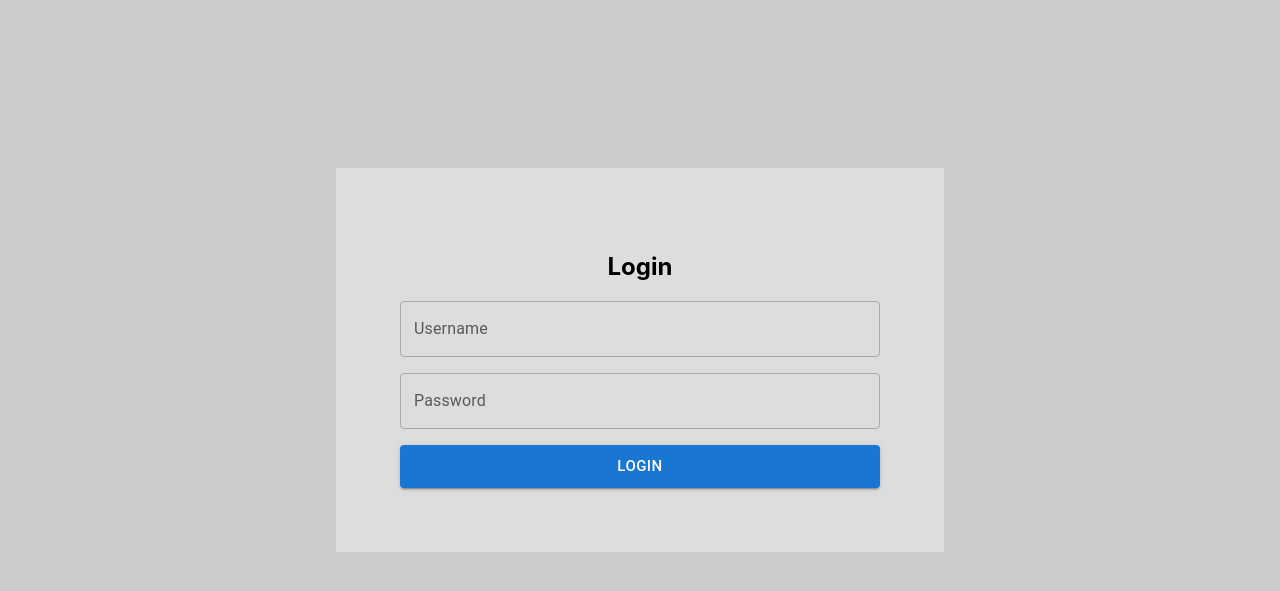
Repository: devhalo21028/learn-react
Page: /login (app in end-to-end-test/my-app/)
An editor plug-in stored every save of this project. The page is shown before and after the next save, followed by the edit.
The browser window is 1280 px wide. The pictures show the whole page.
The project was rebuilt for these pictures with package versions that can differ from the ones it lists, and the page was loaded fresh each time. Also part of the build but not shown: end-to-end-test/my-app/src/general/components/Welcome/Welcome.tsx, end-to-end-test/my-app/src/auth/hooks/useAuth.ts, end-to-end-test/my-app/src/auth/components/RequireAuth/RequireAuth.tsx.

Above is the page before, as saved 2022-01-17 15:32:08.

### end-to-end-test/my-app/src/index.tsx
import React from 'react';
import ReactDOM from 'react-dom';
import { BrowserRouter } from 'react-router-dom';
import App from './App';
import reportWebVitals from './reportWebVitals';

import './index.css';

ReactDOM.render(
  <React.StrictMode>
    <BrowserRouter>
      <App />
    </BrowserRouter>
  </React.StrictMode>,
  document.getElementById('root'),
);

// If you want to start measuring performance in your app, pass a function
// to log results (for example: reportWebVitals(console.log))
// or send to an analytics endpoint. Learn more: https://bit.ly/CRA-vitals
reportWebVitals();

### end-to-end-test/my-app/src/App.tsx
/** @jsxImportSource @emotion/react */

import { Routes, Route } from 'react-router-dom';
import { css } from '@emotion/react';
import Welcome from './general/components/Welcome';
import Login from './auth/components/Login';
import RequireAuth from './auth/components/RequireAuth';

function App() {
  return (
    <div css={css`
      display: flex;
      height: 100%;
    `}
    >
      <Routes>
        <Route
          path="/"
          element={(
            <RequireAuth>
              <Welcome />
            </RequireAuth>
          )}
        />
        <Route path="/login" element={<Login />} />
      </Routes>
    </div>
  );
}

export default App;

### end-to-end-test/my-app/src/index.css
html, body {
  min-height: 100%;
}

body {
  margin: 0;
  font-family: -apple-system, BlinkMacSystemFont, 'Segoe UI', 'Roboto', 'Oxygen',
    'Ubuntu', 'Cantarell', 'Fira Sans', 'Droid Sans', 'Helvetica Neue',
    sans-serif;
  -webkit-font-smoothing: antialiased;
  -moz-osx-font-smoothing: grayscale;
}

code {
  font-family: source-code-pro, Menlo, Monaco, Consolas, 'Courier New',
    monospace;
}

#root {
  position: absolute;
  top: 0;
  left: 0;
  width: 100%;
  height: 100%;
}

### end-to-end-test/my-app/src/auth/components/RequireAuth/index.ts
export { default } from './RequireAuth';

### end-to-end-test/my-app/src/auth/components/Login/Login.tsx
/** @jsxImportSource @emotion/react */

import { css } from '@emotion/react';
import LoginForm from './LoginForm';

function Login() {
  return (
    <section
      css={css`
        background: #ccc;
        display: flex;
        flex: 1;
        align-items: center;
        justify-content: center;
      `}
    >
      <div
        css={css`
          background: #ddd;
          padding: 4rem;
          min-width: 30rem;
        `}
      >
        <h1
          css={css`
            text-align: center;
          `}
        >
          Login
        </h1>
        <LoginForm />
      </div>
    </section>
  );
}

export default Login;

### end-to-end-test/my-app/src/auth/components/Login/LoginForm/LoginForm.tsx
/** @jsxImportSource @emotion/react */

import { useState } from 'react';
import { css } from '@emotion/react';
import { Button, TextField } from '@mui/material';

export default function LoginForm() {
  const [buttonDisabled, setButtonDisabled] = useState<boolean>(true);

  return (
    <form
      css={css`
            display: flex;
            flex-direction: column;
            row-gap: 1rem;
          `}
    >
      <TextField
        variant="outlined"
        label="Username"
      />
      <TextField
        type="password"
        variant="outlined"
        label="Password"
      />
      <Button
        variant="contained"
        size="large"
      >
        Login
      </Button>
    </form>
  );
}

Loaded but not shown: end-to-end-test/my-app/public/index.html (common file); end-to-end-test/my-app/src/reportWebVitals.ts (common file); end-to-end-test/my-app/src/general/components/Welcome/index.ts (common file); end-to-end-test/my-app/src/auth/components/Login/index.ts (common file); end-to-end-test/my-app/src/auth/components/Login/LoginForm/index.ts (common file)

After the next save:
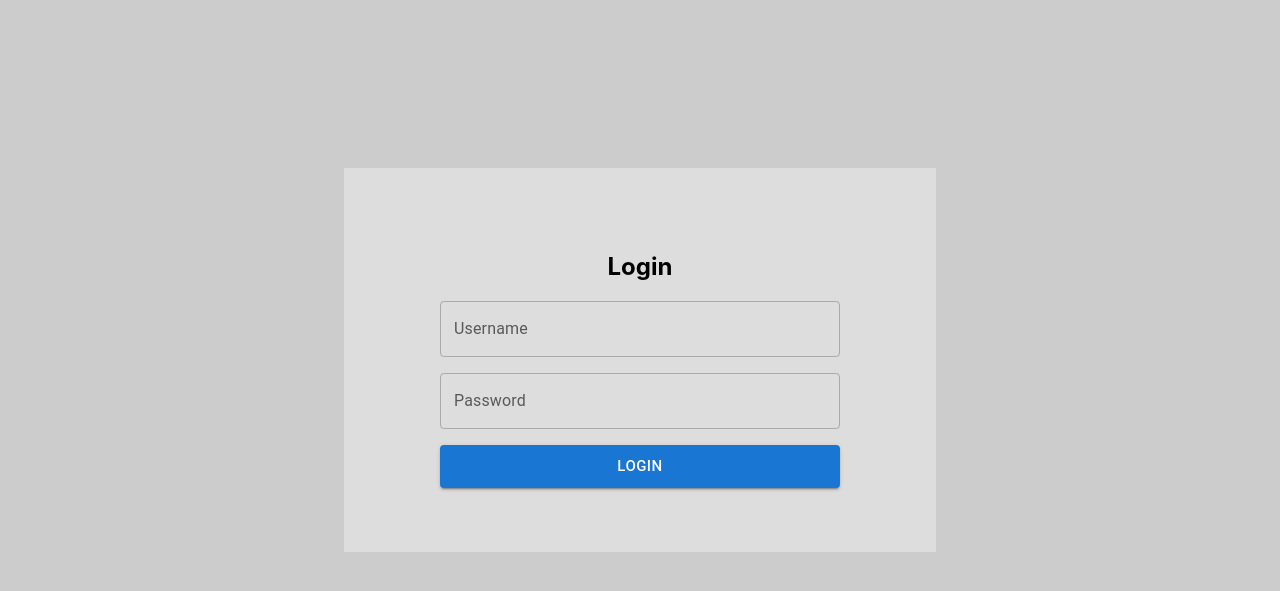
Saved 118 s later.
--- a/end-to-end-test/my-app/src/auth/components/Login/Login.tsx
+++ b/end-to-end-test/my-app/src/auth/components/Login/Login.tsx
@@ -17,8 +17,8 @@ function Login() {
       <div
         css={css`
           background: #ddd;
-          padding: 4rem;
-          min-width: 30rem;
+          padding: 4rem 6rem;
+          min-width: 25rem;
         `}
       >
         <h1
